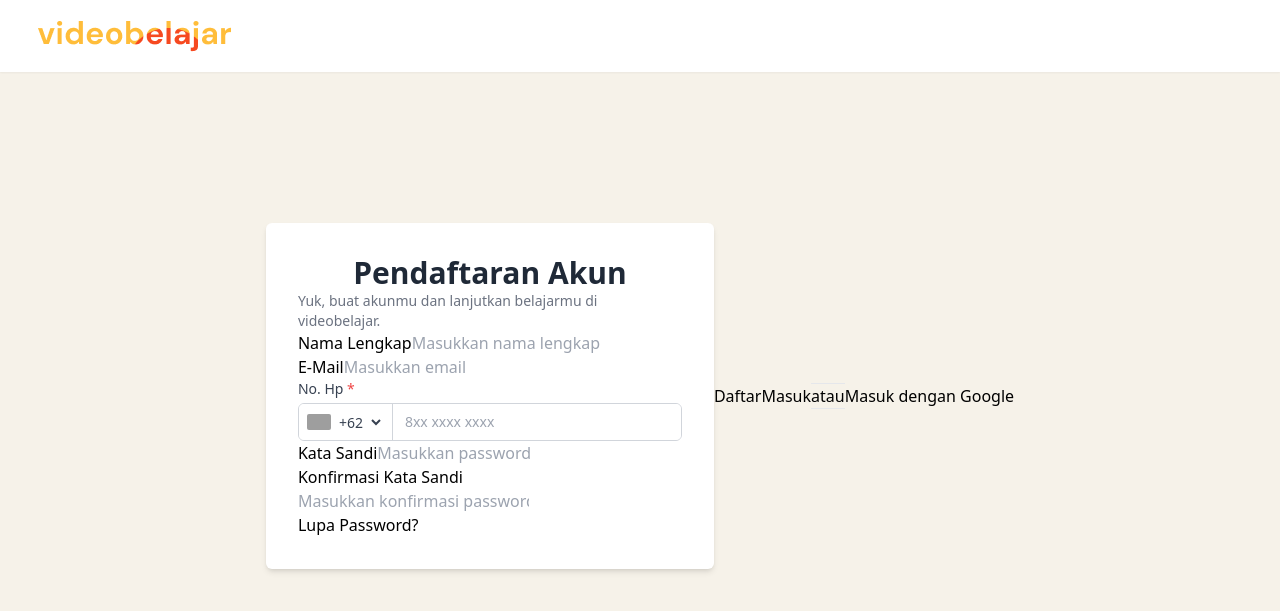
Repository: dimascahyanugraha/Course-Mission-4
Page: /signup
An editor plug-in stored every save of this project. The page is shown before and after the next save, followed by the edit.
The browser window is 1280 px wide. The pictures show the whole page.
Pictures or frames that could not be fetched are drawn as grey boxes. The project was rebuilt for these pictures with package versions that can differ from the ones it lists, and the page was loaded fresh each time. Also part of the build but not shown: vite.config.js, src/components/LoginPage.jsx.

Above is the page before, as saved 2026-05-29 10:51:30.

### index.html
<!doctype html>
<html lang="en">
  <head>
    <meta charset="UTF-8" />
    <link rel="icon" type="image/svg+xml" href="/favicon.svg" />
    <meta name="viewport" content="width=device-width, initial-scale=1.0" />
    <title>video-belajar</title>
  </head>
  <body>
    <div id="root"></div>
    <script type="module" src="/src/main.jsx"></script>
  </body>
</html>

### src/index.css
@tailwind base;
@tailwind components;
@tailwind utilities;

/* optional reset */
body {
  font-family: system-ui, sans-serif;
}

### src/App.jsx
import { BrowserRouter, Routes, Route, Navigate } from "react-router-dom"; // ← tambah Navigate
import LoginPage from "./components/LoginPage";
import Signup from "./components/Signup";

export default function App() {
  return (
    <BrowserRouter>
      <Routes>
        <Route path="/" element={<Navigate to="/login" />} />{" "}
        {/* ← tambah ini */}
        <Route path="/login" element={<LoginPage />} />
        <Route path="/signup" element={<Signup />} />
      </Routes>
    </BrowserRouter>
  );
}

### src/components/Signup.jsx
import logoVideoBelajar from "../assets/logo_video_belajar.png";
import indonesia from "../assets/indonesia.png";

export default function Signup() {
  return (
    <div className="min-h-screen bg-[#f6f2e9] flex flex-col">
      <header className="bg-white py-2 px-4 shadow-sm">
        <img src={logoVideoBelajar} alt="logo" />
      </header>

      <main className="flex flex-auto justify-center items-center px-4">
        <div className="bg-white w-full max-w-md rounded-md shadow-md p-8">
          <h2 className="text-3xl font-bold text-gray-800 text-center">
            Pendaftaran Akun
          </h2>
          <p className="text-gray-500 text-sm">
            Yuk, buat akunmu dan lanjutkan belajarmu di videobelajar.
          </p>
          <form>
            <div>
              <label>Nama Lengkap</label>
              <input type="text" placeholder="Masukkan nama lengkap" />
            </div>
            <div>
              <label>E-Mail</label>
              <input type="email" placeholder="Masukkan email" />
            </div>
            {/* NO. HP */}
            <div>
              <label className="block text-sm font-medium text-gray-700">
                No. Hp <span className="text-red-500">*</span>
              </label>
              <div className="mt-1 flex rounded-md border border-gray-300 overflow-hidden focus-within:ring-2 focus-within:ring-green-500">
                <div className="flex items-center gap-1 px-2 bg-white border-r border-gray-300">
                  <img
                    src={indonesia}
                    alt="flag ID"
                    className="w-6 h-4 rounded-sm object-cover"
                  />
                  <select className="text-sm text-gray-700 focus:outline-none bg-transparent cursor-pointer pr-1">
                    <option value="+62">+62</option>
                    <option value="+18">+18</option>
                  </select>
                </div>
                <input
                  type="tel"
                  placeholder="8xx xxxx xxxx"
                  className="flex-1 px-3 py-2 text-sm text-gray-700 focus:outline-none"
                />
              </div>
            </div>{" "}
            {/* ← div No.Hp ditutup di sini */}
            <div>
              <label>Kata Sandi</label>
              <input type="password" placeholder="Masukkan password" />
            </div>
            <div>
              <label>Konfirmasi Kata Sandi</label>
              <input
                type="password"
                placeholder="Masukkan konfirmasi password"
              />
            </div>
            <div>
              <a href="#">Lupa Password?</a>
            </div>
          </form>{" "}
          {/* ← form ditutup setelah semua input */}
        </div>
        <button>Daftar</button>
        <button>Masuk</button>
        <div>
          <hr className="flex-1 border-gray-200" />
          atau
          <hr className="flex-1 border-gray-200" />
        </div>
        {/* GOOGLE SIGN IN */}
        <button>Masuk dengan Google</button>
      </main>
    </div>
  );
}

### tailwind.config.js
/** @type {import('tailwindcss').Config} */
export default {
  content: ["./indexedDB.html", "./src/**/*.{js,ts,jsx,tsx}"],
  theme: {
    extend: {},
  },
  plugins: [],
};

Loaded but not shown: src/main.jsx (common file)

After the next save:
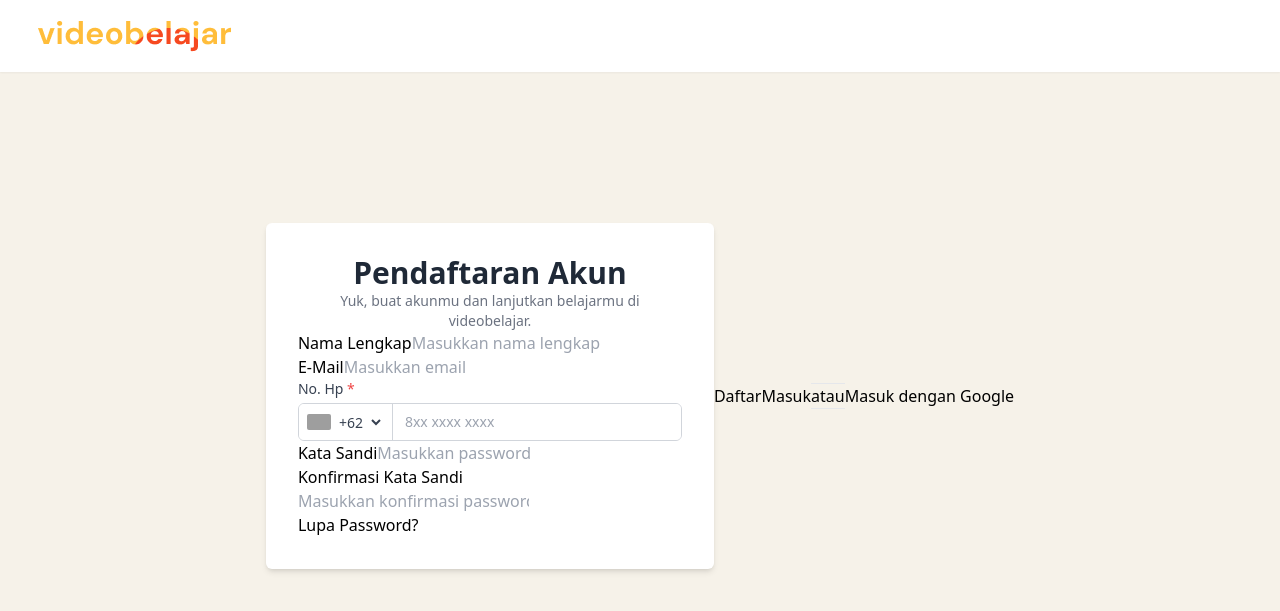
Saved 31 s later.
--- a/src/components/Signup.jsx
+++ b/src/components/Signup.jsx
@@ -13,7 +13,7 @@ export default function Signup() {
           <h2 className="text-3xl font-bold text-gray-800 text-center">
             Pendaftaran Akun
           </h2>
-          <p className="text-gray-500 text-sm">
+          <p className="text-gray-500 text-sm text-center">
             Yuk, buat akunmu dan lanjutkan belajarmu di videobelajar.
           </p>
           <form>
